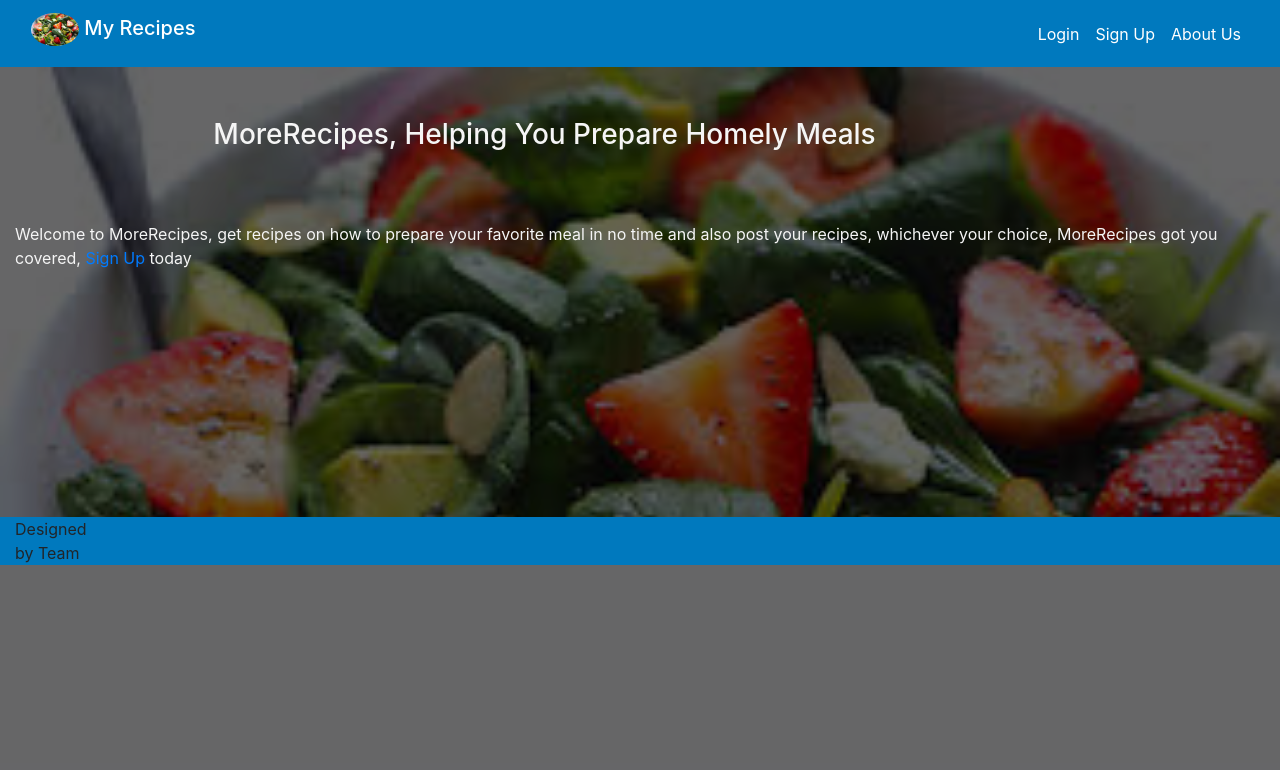
Repository: UggoPrince/more-recipes
Page: html/index.html
These files come from the project's save history. The page is drawn as it stood at one moment and after the next save; the edit follows.
The browser window is 1280 px wide. The pictures show the whole page.

Above is the page before, as saved 2018-07-30 07:06:17.

### html/index.html
<html lang="en">
<head>
  <meta charset="UTF-8">
  <meta name="viewport" content="width=device-width, initial-scale=1.0">
  <meta http-equiv="X-UA-Compatible" content="ie=edge">
  <link rel="stylesheet" href="https://maxcdn.bootstrapcdn.com/bootstrap/4.0.0/css/bootstrap.min.css" integrity="sha384-Gn5384xqQ1aoWXA+058RXPxPg6fy4IWvTNh0E263XmFcJlSAwiGgFAW/dAiS6JXm" crossorigin="anonymous"/>
  <style>
    main {
      background-color: rgba(0, 0, 3, 0.6);
      color: whitesmoke;
    }
    div#content {
      background-size: 100vw;
      background-repeat: no-repeat;
      background-image: url(../img/nav-image.jpg);
      background-size: cover;
      height: 450px;
      background-repeat: no-repeat;
    }
    nav {
      background-color: #0079be;
      color: white;
    }
    .nav-link {
      color: white;
    }
  </style>
  <title>My Recipes Homepage</title>
</head>
<body>
  <nav class="xnav navbar navbar-expand-lg">
    <div class="container-fluid">
      <h3 style="color: white;" class="navbar-brand">
        <img class="rounded-circle" src="../img/nav-image.jpg" style="width: 48px;" alt="logo"/>
        My Recipes
      </h3>
      <button class="navbar-toggler" type="button" data-toggle="collapse" aria-controls="navDropdown" aria-expanded="false" aria-label="Toggle Navigation" data-target="#navDropdown" >
        <span class="navbar-toggler-icon"></span>
      </button>
      <div class="collapse navbar-collapse justify-content-end brand-anchor" id="navDropdown">
        <ul class="navbar-nav">
          <li class="nav-item">
            <a class="nav-link" href="login.html">Login</a>
          </li>
          <li class="nav-item">
            <a class="nav-link" href="signup.html">Sign Up</a>
          </li>
          <li class="nav-item">
            <a class="nav-link" href="about.html">About Us</a>
          </li>
        </ul>
      </div>
    </div>
  </nav>
  <div id="content">
    <main class="container-fluid">
      <div class="row">
        <div class="offset-2 col-8;" style="margin-top: 4%;">
            <h3>MoreRecipes, Helping You Prepare Homely Meals</h3>
        </div>
      </div>
      <div style="padding-top: 5%; padding-bottom: 40%">
          Welcome to MoreRecipes, get recipes on how to prepare your favorite meal in no time and also post your recipes, whichever your choice, MoreRecipes got you covered, <a href="signup.html">Sign Up</a> today
      </div>

    </main>
  </div>
  <footer class="container-fluid" style="background-color: #0079be;">
    <div class="row">
      <div class="col-1">Designed by Team</div>
    </div>
  </footer>
</body>
</html>

After the next save:
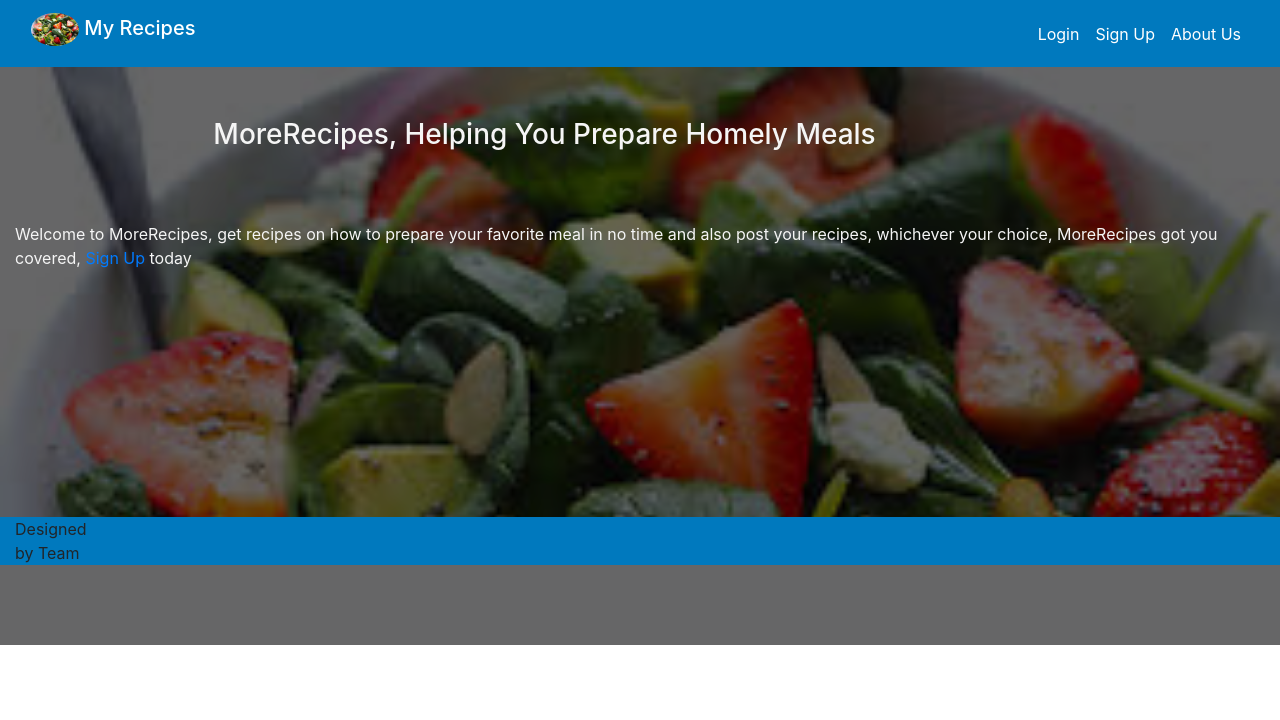
Saved 7 s later.
--- a/html/index.html
+++ b/html/index.html
@@ -59,7 +59,7 @@
             <h3>MoreRecipes, Helping You Prepare Homely Meals</h3>
         </div>
       </div>
-      <div style="padding-top: 5%; padding-bottom: 40%">
+      <div style="padding-top: 5%; padding-bottom: 30%">
           Welcome to MoreRecipes, get recipes on how to prepare your favorite meal in no time and also post your recipes, whichever your choice, MoreRecipes got you covered, <a href="signup.html">Sign Up</a> today
       </div>
 
